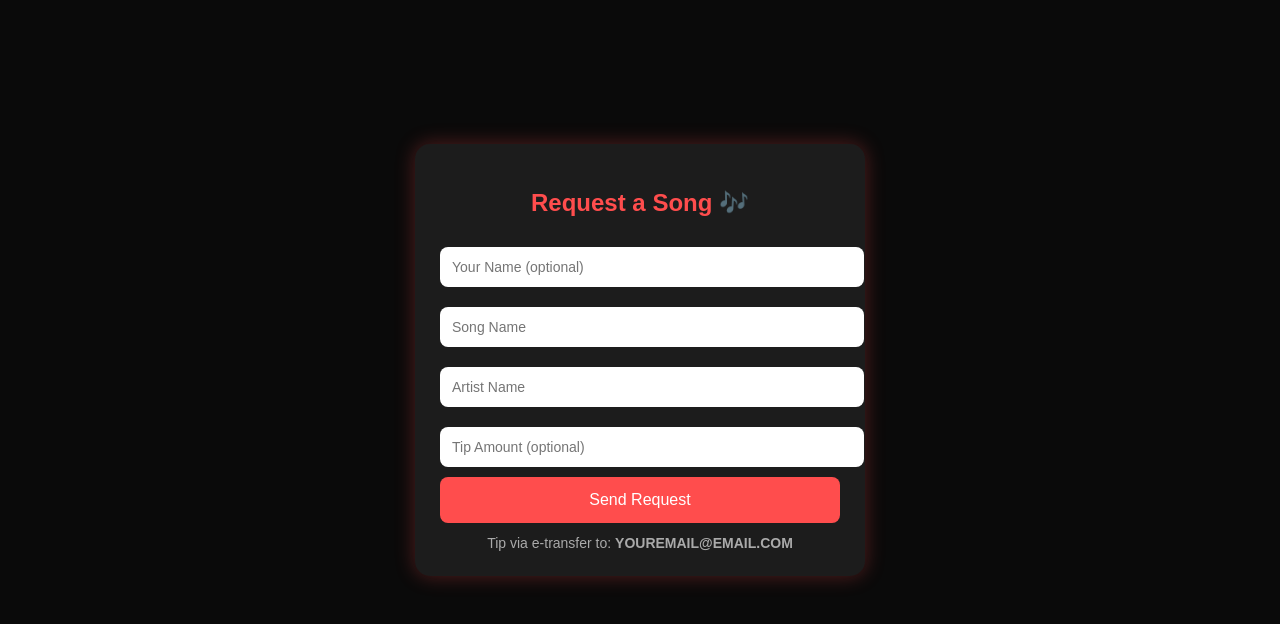
Repository: AryanHeravi/DJ-Request
Page: index.html
An editor plug-in stored every save of this project. The page is shown before and after the next save, followed by the edit.
The browser window is 1280 px wide. The pictures show the whole page.

Above is the page before, as saved 2026-01-05 05:49:51.
Console error: ReferenceError: emailjs is not defined

### index.html
<!DOCTYPE html>
<html lang="en">
<head>
<meta charset="UTF-8">
<meta name="viewport" content="width=device-width, initial-scale=1.0">
<title>Bar Song Request</title>
<style>
  /* Body & layout */
  body {
    font-family: Arial, sans-serif;
    background: #0a0a0a;
    color: #fff;
    display: flex;
    justify-content: center;
    align-items: center;
    height: 100vh;
    margin: 0;
  }

  .container {
    background: #1c1c1c;
    padding: 25px;
    border-radius: 15px;
    max-width: 400px;
    width: 90%;
    box-shadow: 0 0 20px rgba(255, 77, 77, 0.3);
  }

  h2 {
    text-align: center;
    margin-bottom: 20px;
    color: #ff4d4d;
  }

  input {
    width: 100%;
    padding: 12px;
    margin: 10px 0;
    border: none;
    border-radius: 8px;
    outline: none;
    font-size: 14px;
  }

  button {
    width: 100%;
    padding: 14px;
    background: #ff4d4d;
    border: none;
    border-radius: 8px;
    color: #fff;
    font-size: 16px;
    cursor: pointer;
  }

  button:hover {
    background: #ff1a1a;
  }

  .tip-info {
    text-align: center;
    margin-top: 12px;
    font-size: 14px;
    color: #aaa;
  }
</style>
</head>
<body>

<div class="container">
  <h2>Request a Song 🎶</h2>
  <form id="songForm">
    <input type="text" id="name" placeholder="Your Name (optional)">
    <input type="text" id="song" placeholder="Song Name" required>
    <input type="text" id="artist" placeholder="Artist Name" required>
    <input type="text" id="tip" placeholder="Tip Amount (optional)">
    <button type="submit">Send Request</button>
  </form>
  <div class="tip-info">
    Tip via e‑transfer to: <strong>YOUREMAIL@EMAIL.COM</strong>
  </div>
</div>

<!-- EmailJS SDK -->
<script src="https://cdn.jsdelivr.net/npm/@emailjs/browser@3/dist/email.min.js"></script>
<script>
  // Initialize EmailJS with your public key
  emailjs.init("e3m6YLvyPNFQK-pu5"); // <-- Replace with Public Key from EmailJS account

  const form = document.getElementById('songForm');
  form.addEventListener('submit', function(e) {
    e.preventDefault();

    const name = document.getElementById('name').value;
    const song = document.getElementById('song').value;
    const artist = document.getElementById('artist').value;
    const tip = document.getElementById('tip').value;

    emailjs.send("service_guiqpfc", "template_z5uy1ms", {
      name: name,
      song: song,
      artist: artist,
      tip: tip
    })
    .then(() => {
      alert("🎵 Your song request has been sent! Thanks!");
      form.reset();
    }, (err) => {
      console.error(err);
      alert("⚠️ Oops! Something went wrong. Try again.");
    });
  });
</script>

</body>
</html>

After the next save:
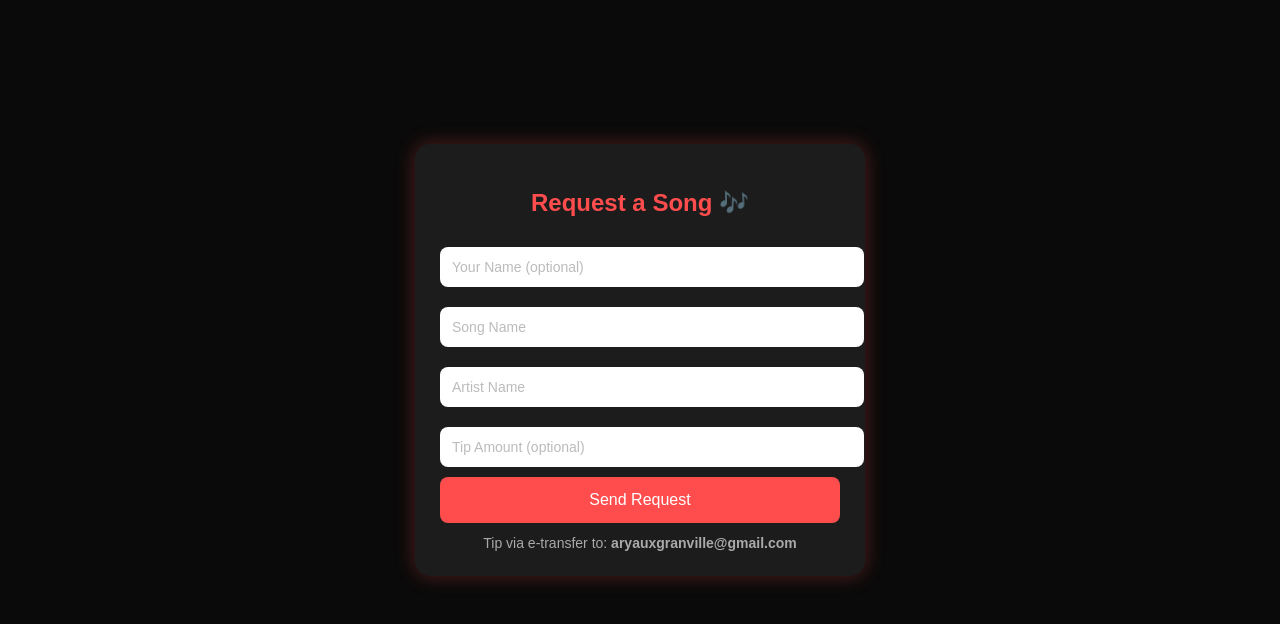
The error is gone.
Saved 6 min 44 s later.
--- a/index.html
+++ b/index.html
@@ -5,16 +5,15 @@
 <meta name="viewport" content="width=device-width, initial-scale=1.0">
 <title>Bar Song Request</title>
 <style>
-  /* Body & layout */
   body {
     font-family: Arial, sans-serif;
     background: #0a0a0a;
     color: #fff;
+    margin: 0;
     display: flex;
     justify-content: center;
     align-items: center;
     height: 100vh;
-    margin: 0;
   }
 
   .container {
@@ -42,6 +41,10 @@
     font-size: 14px;
   }
 
+  input::placeholder {
+    color: #bbb;
+  }
+
   button {
     width: 100%;
     padding: 14px;
@@ -51,6 +54,7 @@
     color: #fff;
     font-size: 16px;
     cursor: pointer;
+    transition: 0.2s;
   }
 
   button:hover {
@@ -77,17 +81,15 @@
     <button type="submit">Send Request</button>
   </form>
   <div class="tip-info">
-    Tip via e‑transfer to: <strong>YOUREMAIL@EMAIL.COM</strong>
+    Tip via e‑transfer to: <strong>aryauxgranville@gmail.com</strong>
   </div>
 </div>
 
 <!-- EmailJS SDK -->
 <script src="https://cdn.jsdelivr.net/npm/@emailjs/browser@3/dist/email.min.js"></script>
 <script>
-  // Initialize EmailJS with your public key
-  emailjs.init("e3m6YLvyPNFQK-pu5"); // <-- Replace with Public Key from EmailJS account
+  const form = document.getElementById('songForm');
 
-  const form = document.getElementById('songForm');
   form.addEventListener('submit', function(e) {
     e.preventDefault();
 
@@ -96,17 +98,19 @@
     const artist = document.getElementById('artist').value;
     const tip = document.getElementById('tip').value;
 
-    emailjs.send("service_guiqpfc", "template_z5uy1ms", {
-      name: name,
-      song: song,
-      artist: artist,
-      tip: tip
-    })
+    // Send email using EmailJS with Public Key
+    emailjs.send(
+      "service_guiqpfc",       // Your Service ID
+      "template_z5uy1ms",      // Your Template ID
+      { name, song, artist, tip },
+      "iueAUOM_QorKi02S6"     // Your Public Key
+    )
     .then(() => {
       alert("🎵 Your song request has been sent! Thanks!");
       form.reset();
-    }, (err) => {
-      console.error(err);
+    })
+    .catch((err) => {
+      console.error("EmailJS error:", err);
       alert("⚠️ Oops! Something went wrong. Try again.");
     });
   });
